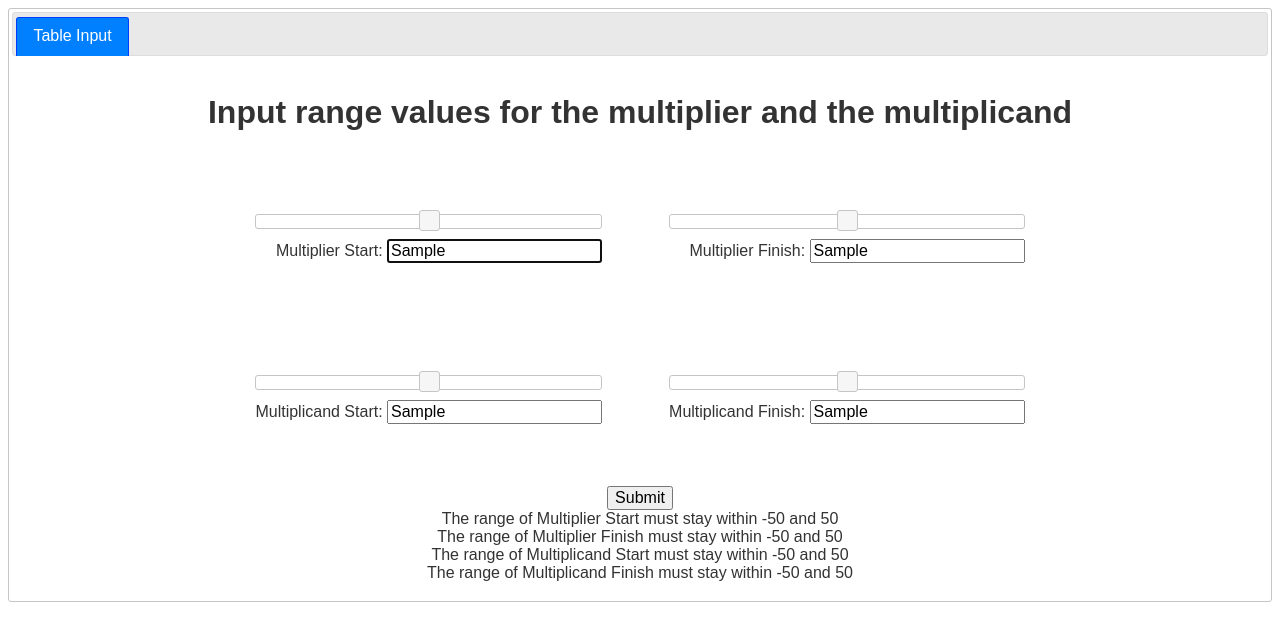
Repository: khrasna/HW4Part2
Page: index.html
These files come from the project's save history. The page is drawn as it stood at one moment and after the next save; the edit follows.
The browser window is 1280 px wide. The pictures show the whole page.
Empty fields were first filled with sample values (such as "Sample", 5 or name@example.com).
After loading, the first visible `#FormInput > input` was clicked once.
Some web libraries are served in a nearby version.

Above is the page before, as saved 2021-11-15 16:39:22.

### index.html
<!-- HTML file for Assignment 3
By Karsten Hrasna  email Karsten_Hrasna@student.uml.edu-->
<!DOCTYPE html>
<html>

<head>
    <title>Multiplication Table</title>
    <link rel="stylesheet" href="style.css">
    <script type="text/javascript" src="https://ajax.googleapis.com/ajax/libs/jquery/3.5.1/jquery.min.js"></script>
    <script type="text/javascript" src="dist/jquery.validate.min.js"></script>
    <script type="text/javascript" src="formvalidate.js"></script>
    <script type="text/javascript"
        src="https://ajax.googleapis.com/ajax/libs/jqueryui/1.11.4/jquery-ui.min.js"></script>
    <link rel="stylesheet" href="https://ajax.googleapis.com/ajax/libs/jqueryui/1.11.4/themes/smoothness/jquery-ui.css">
</head>

<body>

    <div id="tabs">
        <ul>
            <li><a href='#tab1'>Table Input</a></li>
        </ul>
        <div id="tab1">
            <h1>Input range values for the multiplier and the multiplicand</h1>
            <!-- Learned from W3schools. Creates a form which takes number ranges for multiplier and multiplicand. -->
            <form id="FormInput" action="javascript:void(0);" method="get">
                <!--Learned about javascript:void(0) from Dutchie432 at https://stackoverflow.com/questions/1818249/form-with-no-action-and-where-enter-does-not-reload-page-->
                <table>
                    <tr>

                        <td class="pad">
                            <div id="slider-1"></div>
                            Multiplier Start: <input input="text" name="MultiplierStart">
                        </td>

                        <td>
                            <div id="slider-2"></div>
                            Multiplier Finish: <input type="text" name="MultiplierFinish">
                        </td>
                    </tr>
                    <tr>
                        <td class="pad">
                            <div id="slider-3"></div>
                            Multiplicand Start: <input type="text" name="MultiplicandStart">
                        </td>

                        <td>
                            <div id="slider-4"></div>
                            Multiplicand Finish: <input type="text" name="MultiplicandFinish">
                        </td>
                    </tr>
                </table>
                <input type="submit" value="Submit">
                <!--goes directly under form and processes the input to create a mult table-->
            </form>
        </div>
    </div>


</body>

</html>

### style.css
/*Created by Karsten Hrasna. email: Karsten_Hrasna@student.uml.edu*/
html,
body {
    height: 97%;
    text-align: center;
}

#slider-1,
#slider-2,
#slider-3,
#slider-4 {
    margin-bottom: 10px;
    margin-top: 10px;
}

div#tab1 {
    display: grid;
    grid-template-columns: 100%;
    /* top row of grid holds the form for input, the rest of page holds the multiplication table*/
    grid-template-rows: auto;
    height: 97%;

}

#multTable {
    margin: auto;
    border-collapse: separate;
    border-spacing: 0;
    /*the dynamically sized multiplication table */
    margin-top: 0px;
    border-bottom: 0px;

}

input[type=submit] {
    /* submit button under form spaced here */
    margin-top: 10px;
    margin-bottom: 0px;
}

#multTable td,
th {
    border: solid;
    border-color: black;
    min-width: 70px;
    font-size: 30px;
    height: 70px;
}


#multTable th {
    position: sticky;
    top: 0px;
    border-right: solid;
    border-right-color: white;
    border-bottom: solid;
    border-bottom-color: white;
    background-color: black;
    color: white;

}

#multTable th:first-child {
    position: sticky;
    top: 70px;
    left: 0;
}


.sticky {
    position: fixed;
    top: 0px;
    /* get the headers to stay fixed on mult table */
    width: 100%;
}

#multTable tr:first-child th:first-child {
    border: none;
    background-color: white;
}

#multTable p.inputError {
    margin: 0px;
}

form {
    margin-bottom: 0px;
}

table {
    margin-left: auto;
    margin-right: auto;
}

form td {
    text-align: right;
    justify-content: right;
    padding: 50px;
    /*line up the input form textboxes*/
}

form p {
    margin: 0px;
}

td.pad {
    padding-right: 15px;
}

### formvalidate.js
$(function () {
    $("#tabs").tabs();

    $("#slider-1").slider({
        min: -50,                       //initialize the four sliders to set the values of their respective input boxes
        max: 50,
        slide: function (event, ui) {
            $('input[name="MultiplierStart"]').val(ui.value);
        }
    });
    $("#slider-2").slider({
        min: -50,
        max: 50,
        slide: function (event, ui) {
            $('input[name="MultiplierFinish"]').val(ui.value);
        }
    });
    $("#slider-3").slider({
        min: -50,
        max: 50,
        slide: function (event, ui) {
            $('input[name="MultiplicandStart"]').val(ui.value);
        }
    });
    $("#slider-4").slider({
        min: -50,
        max: 50,
        slide: function (event, ui) {
            $('input[name="MultiplicandFinish"]').val(ui.value);
        }
    });

    $('input[name="MultiplierStart"]').on('keyup', function () { //if the input boxes values are changed, set the slider to that value
        $("#slider-1").slider("option", "value", $('input[name="MultiplierStart"]').val());
    });

    $('input[name="MultiplierFinish"]').on('keyup', function () {
        $("#slider-2").slider("option", "value", $('input[name="MultiplierFinish"]').val());
    });

    $('input[name="MultiplicandStart"]').on('keyup', function () {
        $("#slider-3").slider("option", "value", $('input[name="MultiplicandStart"]').val());
    });

    $('input[name="MultiplicandFinish"]').on('keyup', function () {
        $("#slider-4").slider("option", "value", $('input[name="MultiplicandFinish"]').val());
    });


    $.validator.addMethod("less", function (value, element, params) {
        if (params[0].value == "") {
            return true; // dont want it to say that the start has to be greater than finish if no finish given. instead it will say to give finish value in other error
        } else {
            return this.optional(element) || +value <= +params[0].value;

        } //checks to make sure that the starts are less than the finishes, learned from
    });                                                           // https://jqueryvalidation.org/jQuery.validator.addMethod/

    var valid = $('input[value="Submit"]').on("click", function () {

        $("#FormInput").validate({
            onkeyup: false,     //this makes it so the validator doesnt update the error messages whenever new input is typed. only validates when submit is hit.
            onfocusout: false,  //learned about onkeyup, and onfocusout at https://www.sitepoint.com/jquery-validation-validate-form-submit/
            rules: {
                MultiplierStart: {
                    range: [-50, 50],
                    less: $('input[name="MultiplierFinish"]'),
                    required: true

                },
                MultiplierFinish: {
                    required: true,
                    range: [-50, 50]
                },

                MultiplicandStart: {
                    range: [-50, 50],
                    less: $('input[name="MultiplicandFinish"]'),
                    required: true
                },

                MultiplicandFinish: {
                    range: [-50, 50],
                    required: true
                }
            },

            messages: {
                MultiplierStart: {
                    required: "Multiplier Start must be a digit between -50 and 50",
                    range: "The range of Multiplier Start must stay within -50 and 50",
                    less: "The value of Multiplier Start must be less than or equal to Multiplier Finish."
                },

                MultiplierFinish: {
                    required: "Multiplier Finish must be a digit between -50 and 50",
                    range: "The range of Multiplier Finish must stay within -50 and 50",
                },

                MultiplicandStart: {
                    required: "Multiplicand Start must be a digit between -50 and 50",
                    range: "The range of Multiplicand Start must stay within -50 and 50",
                    less: "The value of Multiplicand Start must be less than or equal to Multiplicand Finish."
                },

                MultiplicandFinish: {
                    required: "Multiplicand Finish must be a digit between -50 and 50",
                    range: "The range of Multiplicand Finish must stay within -50 and 50",
                }
            },

            errorPlacement: function (error, element) {
                $(error).appendTo($(('#FormInput')));
            },
            errorElement: "p"

        });

        if ($("#FormInput").valid()) {
            process();
        }

    });

});

function process() {
    var multStart = $('input[name="MultiplierStart"]').val();
    var multFinish = $('input[name="MultiplierFinish"]').val();
    var multiplicandStart = $('input[name="MultiplicandStart"]').val();
    var multiplicandFinish = $('input[name="MultiplicandFinish"]').val();

     //clear old table and create a table with size based on input given
    const rowVals = [];
    const colVals = []; //these will hold the values of the multiplier and multiplicand
    var rows = multFinish - multStart;
    var cols = multiplicandFinish - multiplicandStart;
    var tabs = $("#tabs ul li").length + 1; //number of tabs, learned from https://stackoverflow.com/questions/14702631/in-jquery-ui-1-9-how-do-you-create-new-tabs-dynamically
    for (var i = 0; i <= cols; i++) {
        colVals[i] = (+multiplicandStart + +i); //save the values of the numbers being multiplied
    }
    for (var i = 0; i <= rows; i++) {
        rowVals[i] = (+multStart + +i);
    }
    var table = createTable(rows, cols, rowVals, colVals); //create table based on total rows and cols, and top and left are the sets of multipliers and multiplicands
    table.id = "multTable";
    //adds list item to tab list with parameters as title
    $("#tabs ul").append("<li><a href='#tab" + tabs + "'>" + multStart + " " + multFinish + " " + multiplicandStart + " " + multiplicandFinish + "</a></li>");
    $("#tabs").append("<div id='tab" + tabs + "'></div>");
    $("#tab" + tabs).append(table);
    $("#tabs").tabs("refresh");

}

function createTable(rows, cols, rowVals, colVals) {
    var t = document.createElement('table');
    for (var x = 0; x <= rows + 1; x++) { // rows and cols + 1 to indicate ranges of numbers
        var r = document.createElement('tr');
        t.appendChild(r);
        for (var y = 0; y <= cols + 1; y++) {   //creates the cols of the table row by row
            if (y == 0) {
                var c = document.createElement('th'); //create and insert element based on position in table
                c.id = "topHeader";
                if (x != 0) {
                    c.innerHTML = rowVals[x - 1]; // - 1 because it is moved over 1 to the right
                }
            } else if (x == 0) {
                var c = document.createElement('th');
                if (y != 0) {
                    c.innerHTML = colVals[y - 1];
                }
            } else {
                var c = document.createElement('td');
                c.innerHTML = rowVals[x - 1] * colVals[y - 1];
                if (((y % 2) + (x % 2)) == 0 || ((y % 2) + (x % 2)) == 2) { // checker board effect
                    c.style.backgroundColor = "gray";
                }
            }
            r.appendChild(c);
        }
    }
    return t;
}

Loaded but not shown: dist/jquery.validate.min.js (library)

After the next save:
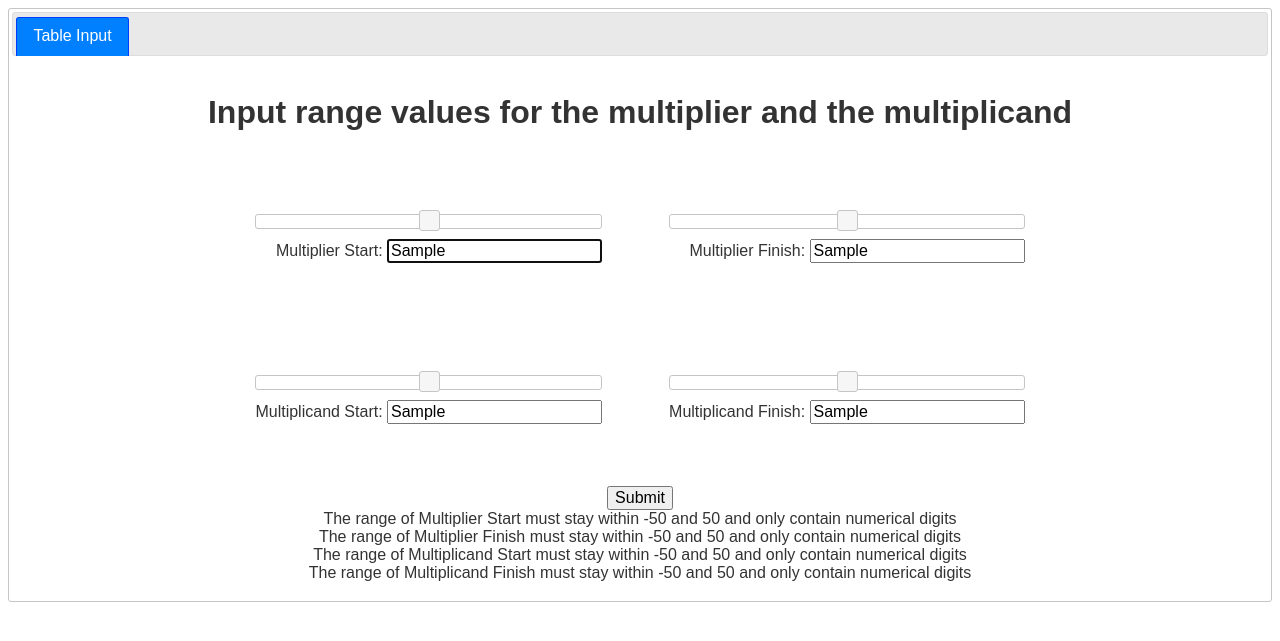
Saved 24 s later.
--- a/formvalidate.js
+++ b/formvalidate.js
@@ -88,24 +88,24 @@ $(function () {
             messages: {
                 MultiplierStart: {
                     required: "Multiplier Start must be a digit between -50 and 50",
-                    range: "The range of Multiplier Start must stay within -50 and 50",
+                    range: "The range of Multiplier Start must stay within -50 and 50 and only contain numerical digits",
                     less: "The value of Multiplier Start must be less than or equal to Multiplier Finish."
                 },
 
                 MultiplierFinish: {
                     required: "Multiplier Finish must be a digit between -50 and 50",
-                    range: "The range of Multiplier Finish must stay within -50 and 50",
+                    range: "The range of Multiplier Finish must stay within -50 and 50 and only contain numerical digits",
                 },
 
                 MultiplicandStart: {
                     required: "Multiplicand Start must be a digit between -50 and 50",
-                    range: "The range of Multiplicand Start must stay within -50 and 50",
+                    range: "The range of Multiplicand Start must stay within -50 and 50 and only contain numerical digits",
                     less: "The value of Multiplicand Start must be less than or equal to Multiplicand Finish."
                 },
 
                 MultiplicandFinish: {
                     required: "Multiplicand Finish must be a digit between -50 and 50",
-                    range: "The range of Multiplicand Finish must stay within -50 and 50",
+                    range: "The range of Multiplicand Finish must stay within -50 and 50 and only contain numerical digits",
                 }
             },
 
